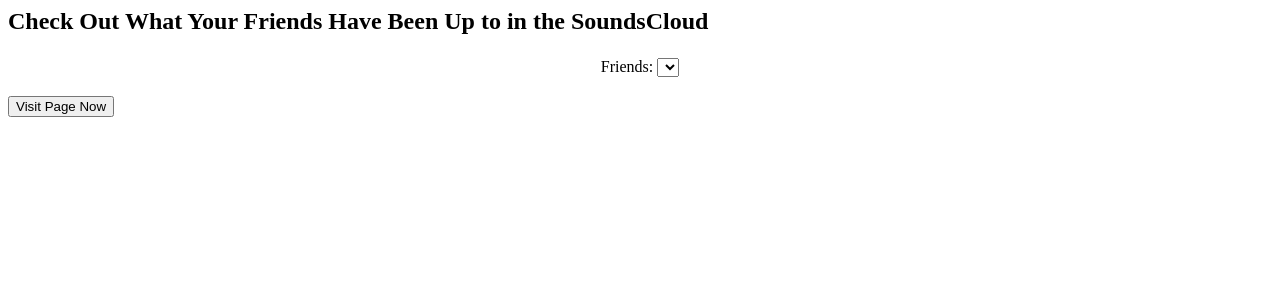
Repository: jaymccrey/wichacks2017
Page: http://localhost/Yan-Test/my_friends.php
The author's editor kept a record of every edit. The page is drawn from the files as they stood at one moment, then again after the next edit.
The browser window is 1280 px wide. The pictures show the whole page.
The page is run by PHP 8.4 with error messages shown; the project is at /var/www/html/. Queries for data that is not in the repository find no rows.

Above is the page before.

After the next edit:
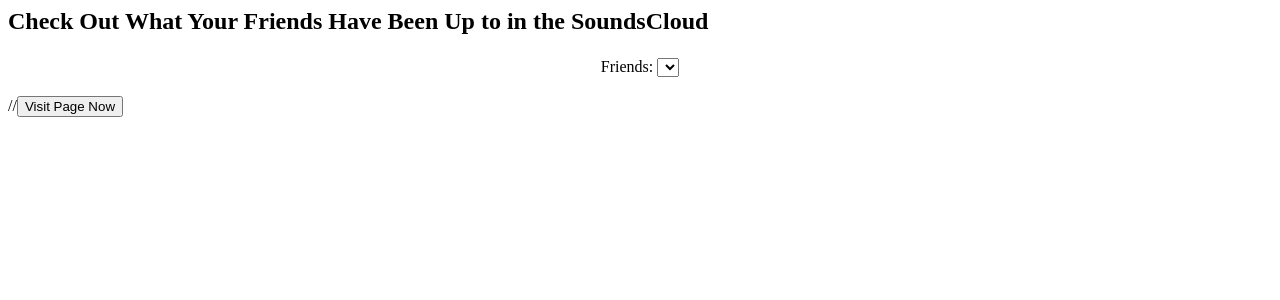
The edit:
--- a/Yan-Test/my_friends.php
+++ b/Yan-Test/my_friends.php
@@ -54,4 +54,4 @@
   	-->
   </form>
 
-  <button onclick="window.location='../index.html';">Visit Page Now</button>
+  //<button onclick="window.location='../index.html';">Visit Page Now</button>
